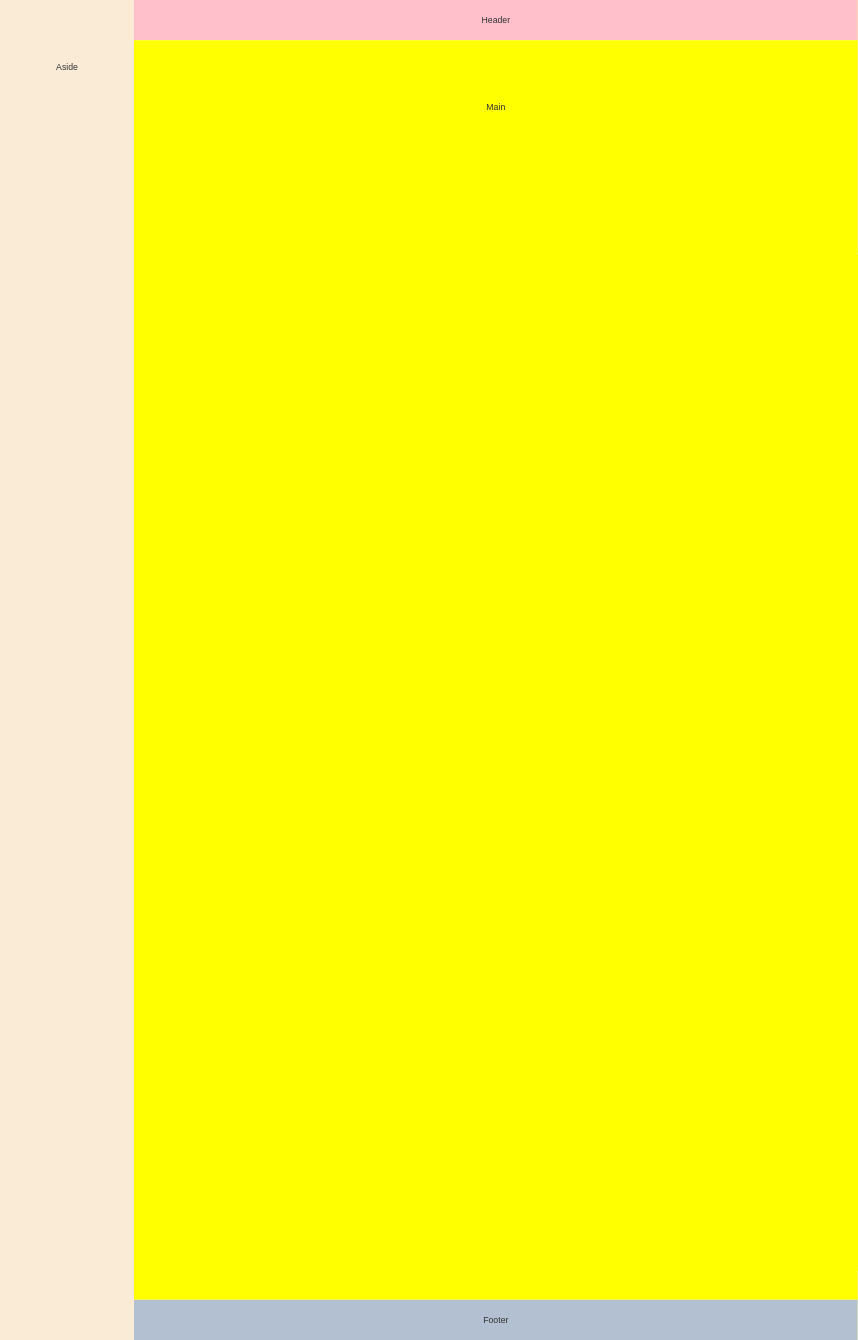
Repository: wuder-jie/Manager-System
Page: /home
An editor plug-in stored every save of this project. The page is shown before and after a run of saves, followed by the edit.
The browser window is 1280 px wide. The pictures show the whole page, at 67% of full size.
The project was rebuilt for these pictures with package versions that can differ from the ones it lists, and the page was loaded fresh each time. Also part of the build but not shown: vue.config.js.

Above is the page before, as saved 2022-11-28 13:49:48.

### src/main.js
import Vue from "vue";
import App from "./App.vue";
import ElementUI from "element-ui";
import "element-ui/lib/theme-chalk/index.css";
// 引入reset样式重置文件。
import "@/assets/css/reset.css";
// 引入图标样式
import "font-awesome/css/font-awesome.min.css";
// 引入axios
import service from "@/api/service.js";
// 引入路由器
import router from "@/router";
// 把axios挂载到原型，所有的vc都可访问。
Vue.prototype.service = service;
Vue.config.productionTip = false;
Vue.use(ElementUI);

new Vue({ router, render: (h) => h(App) }).$mount("#app");

### src/App.vue
<template>
  <div id="app">
    <router-view></router-view>
  </div>
</template>

<script>
export default {
  name: "app",
  data() {
    return {};
  },
  components: {},
  methods: {},
};
</script>
<style lang="scss">
.suc {
  background-color: red;
}
</style>

### src/assets/css/reset.css
body {
  font-family:arial,helvetica,sans-serif;
  font-size:13px;
  font-size-adjust:none;
  font-stretch:normal;
  font-style:normal;
  font-variant:normal;
  font-weight:normal;
  line-height:1.4;
  text-align:center;
  }
  *{
    margin: 0;
    padding: 0;
    box-sizing: border-box;
  }
  html,body,#app{
    width: 100%;
    height: 100%;
  }
  body, ul, ol, dl, dd, h1, h2, h3, h4, h5, h6, p, form, fieldset, legend, input, textarea, select, button, th, td {
  margin:0;
  padding:0;
  }
  h1, h2, h3, h4, h5, h6 {
  font-size:100%;
  font-weight:normal;
  }
  table {
  font-size:inherit;
  }
  input, select {
  font-family:arial,helvetica,clean,sans-serif;
  font-size:100%;
  font-size-adjust:none;
  font-stretch:normal;
  font-style:normal;
  font-variant:normal;
  font-weight:normal;
  line-height:normal;
  }
  button {
  overflow:visible;
  }
  th, em, strong, b, address, cite {
  font-style:normal;
  font-weight:normal;
  }
  li {
  list-style-image:none;
  list-style-position:outside;
  list-style-type:none;
  }
  img, fieldset {
  border:0 none;
  }
  ins {
  text-decoration:none;
  }

### src/api/service.js
import axios from "axios";
import { getToken } from "@/utils/localStorage.js";
const service = axios.create({
  baseURL: "/api2",
  timeout: 3000,
});
// 添加请求拦截器
service.interceptors.request.use(
  function (config) {
    // 在发送请求之前做些什么
    // 配置token到headers中。
    if (getToken("TOKEN")) {
      config.headers["token"] = getToken("TOKEN");
    }

    return config;
  },
  function (error) {
    // 对请求错误做些什么
    return Promise.reject(error);
  }
);

// 添加响应拦截器
service.interceptors.response.use(
  function (response) {
    // 对响应数据做点什么
    return response;
  },
  function (error) {
    // 对响应错误做点什么
    return Promise.reject(error);
  }
);
export default service;

### src/router/index.js
import Vue from "vue";
import Router from "vue-router";
Vue.use(Router);
const routes = [
  {
    path: "/",
    redirect: "/login",
  },
  {
    name: "Login",
    path: "/login",
    // 路由懒加载
    component: () => import("@/pages/login"),
  },
  {
    name: "NotFound",
    path: "*",
    // 路由懒加载
    component: () => import("@/components/common/NotFound.vue"),
  },
  {
    name: "Home",
    path: "/home",
    // 路由懒加载
    component: () => import("@/pages/home"),
    // 异步组件
    // component: (resolve) => require(["@/pages/home"], resolve),
  },
];

const router = new Router({
  mode: "history",
  routes,
});
export default router;

### src/utils/localStorage.js
export function setToken(key, value) {
  localStorage.setItem(key, value);
}
export function getToken(key) {
  return localStorage.getItem(key);
}
export function removeToken(key) {
  localStorage.removeItem(key);
}

### src/pages/home/index.vue
<template>
  <div id="home">
    <el-container>
      <el-aside width="200px">Aside</el-aside>
      <el-container>
        <el-header>Header</el-header>
        <el-main>Main</el-main>
        <el-footer>Footer</el-footer>
      </el-container>
    </el-container>
  </div>
</template>

<script>
export default {
  name: "HomeItem",
  data() {
    return {};
  },
  components: {},
  methods: {},
};
</script>
<style lang="scss" scoped>
#home {
  .el-button {
    color: red;
  }
  .el-header,
  .el-footer {
    background-color: #b3c0d1;
    color: #333;
    text-align: center;
    line-height: 60px;
  }

  .el-aside {
    background-color: #d3dce6;
    color: #333;
    text-align: center;
    line-height: 200px;
  }

  .el-main {
    background-color: #e9eef3;
    color: #333;
    text-align: center;
    line-height: 160px;
  }

  body > .el-container {
    margin-bottom: 40px;
  }

  .el-container:nth-child(5) .el-aside,
  .el-container:nth-child(6) .el-aside {
    line-height: 260px;
  }

  .el-container:nth-child(7) .el-aside {
    line-height: 320px;
  }
  .el-aside{
    height: 2000px;
    background-color: antiquewhite;
  }
  .el-header{
    background-color: pink;
  }
  .el-main{
    background-color: yellow;
  }
  .el-footer{

  }
}
</style>

Loaded but not shown: public/index.html (common file)

After the next 4 saves:
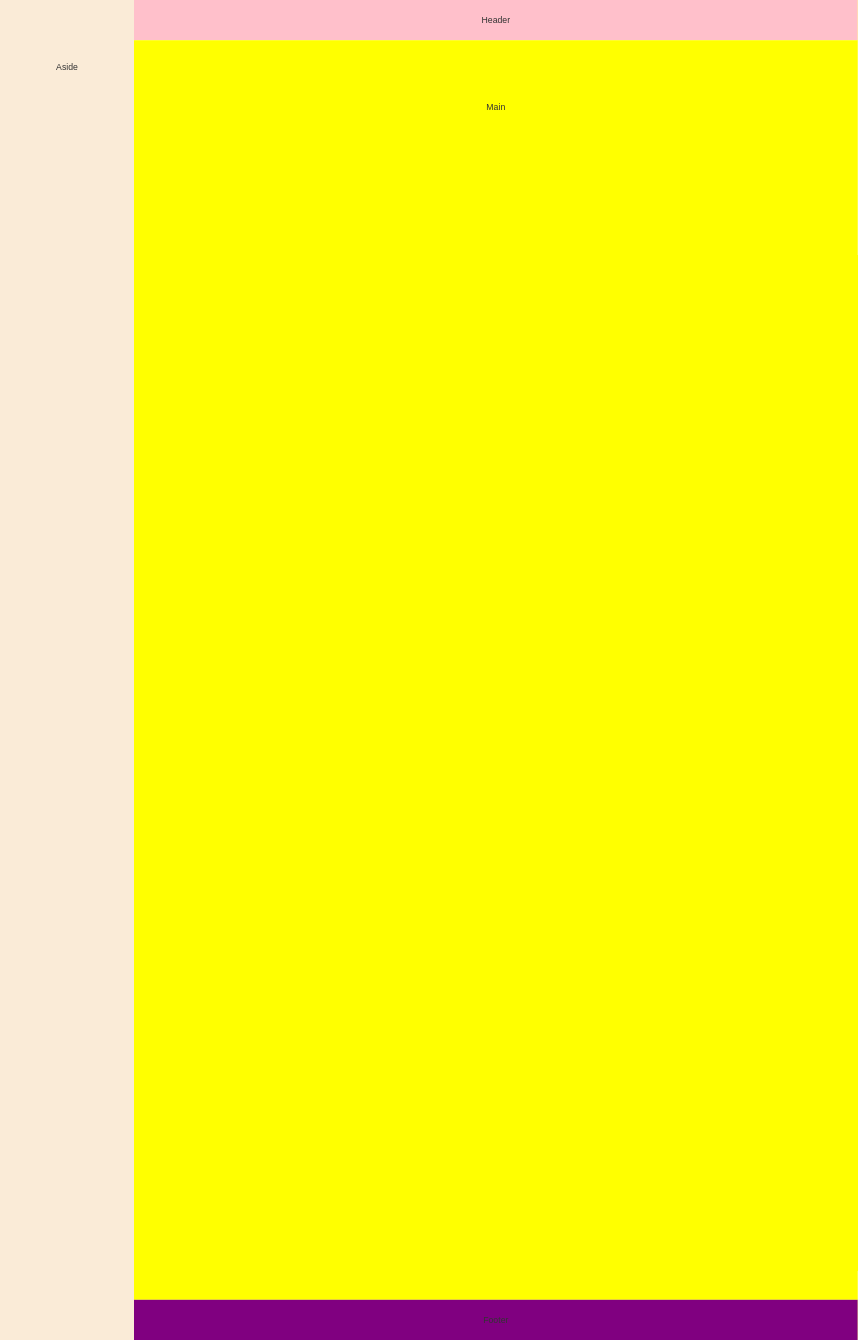
The 4 saves are shown as one change because 1 did not build or start and some came seconds apart.
The last was saved 11 s later.
--- a/src/pages/home/index.vue
+++ b/src/pages/home/index.vue
@@ -71,7 +71,7 @@ export default {
     background-color: yellow;
   }
   .el-footer{
-
+    background-color: purple;
   }
 }
 </style>
